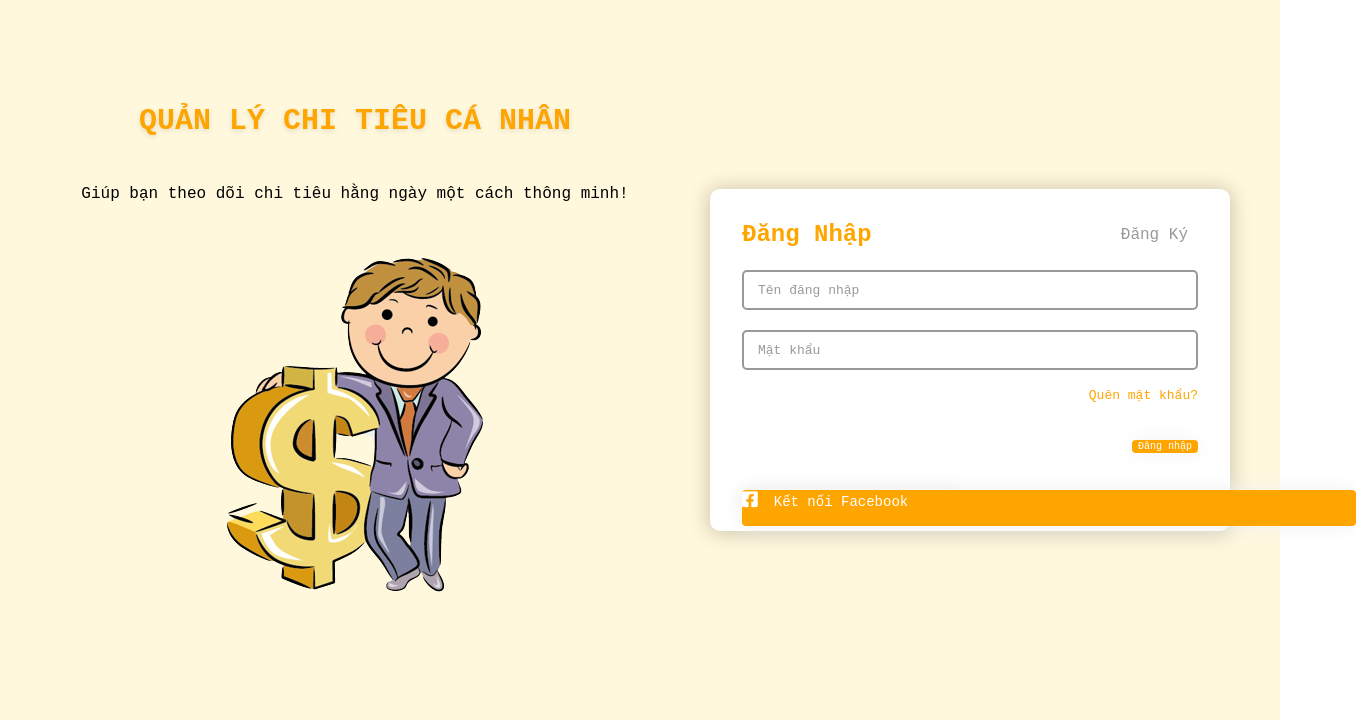
Repository: ximvhs/sochitieu
Page: html/start.html
The author's editor kept a copy of each file at every save. The page is drawn from the files as they stood at one save, then again after the next save.
The browser window is 1280 px wide. The page is 1356 px wide, so the pictures cover 1356 px, including what lies to the right of the window. The pictures show the whole page.
Some web fonts or font styles are not loaded; a fallback is used.

Above is the page before, as saved 2023-04-06 17:26:20.

After the next save:
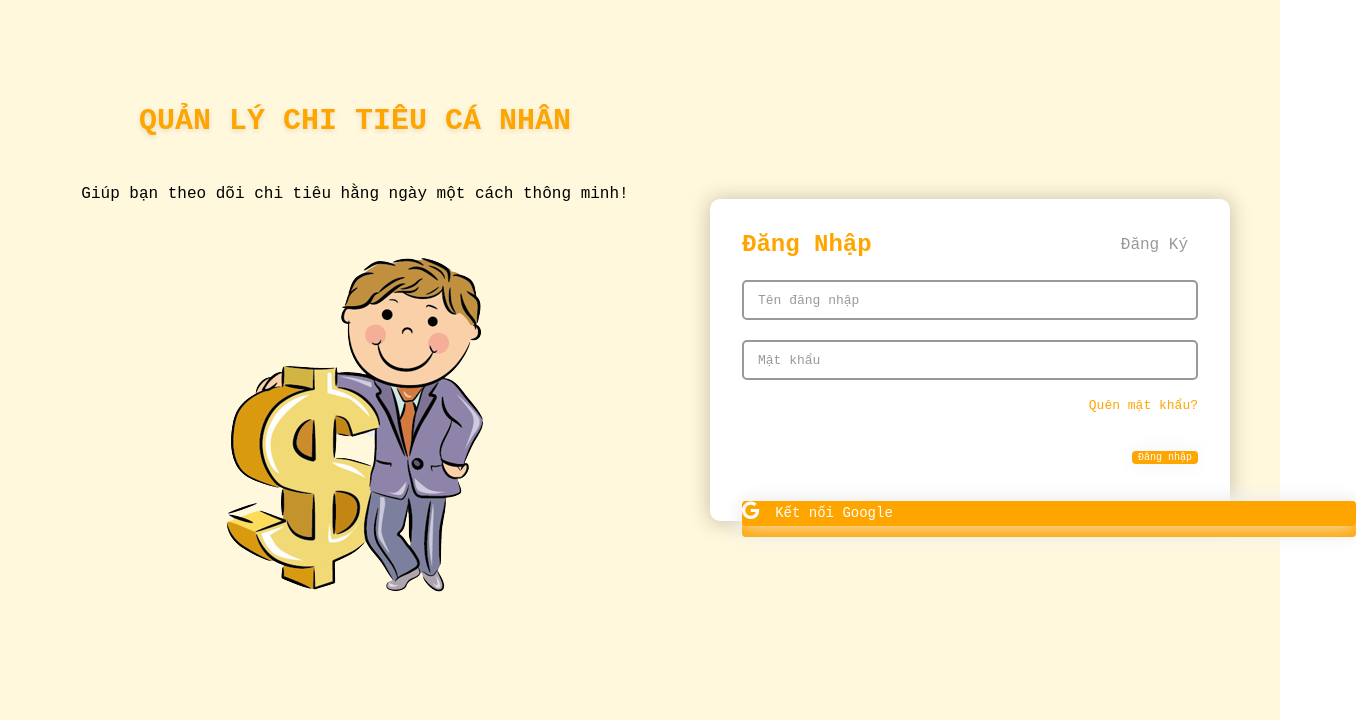
Saved 4 s later.
--- a/html/start.html
+++ b/html/start.html
@@ -60,7 +60,7 @@
                                     <i class="auth-form__socials-icon fab fa-facebook-square"></i>
                                     <span class="auth-form__socials-text">Kết nối Facebook</span>
                                 </a>
-                                <a href="#" class="auth-form__socials--google btn btn--size-s btn--with-icon">
+                                <a href="#" class="auth-form__socials--google btn__login btn--size-s btn--with-icon">
                                     <i class="auth-form__socials-icon fab fa-google"></i>
                                     <span class="auth-form__socials-text">Kết nối Google</span>
                                 </a>
